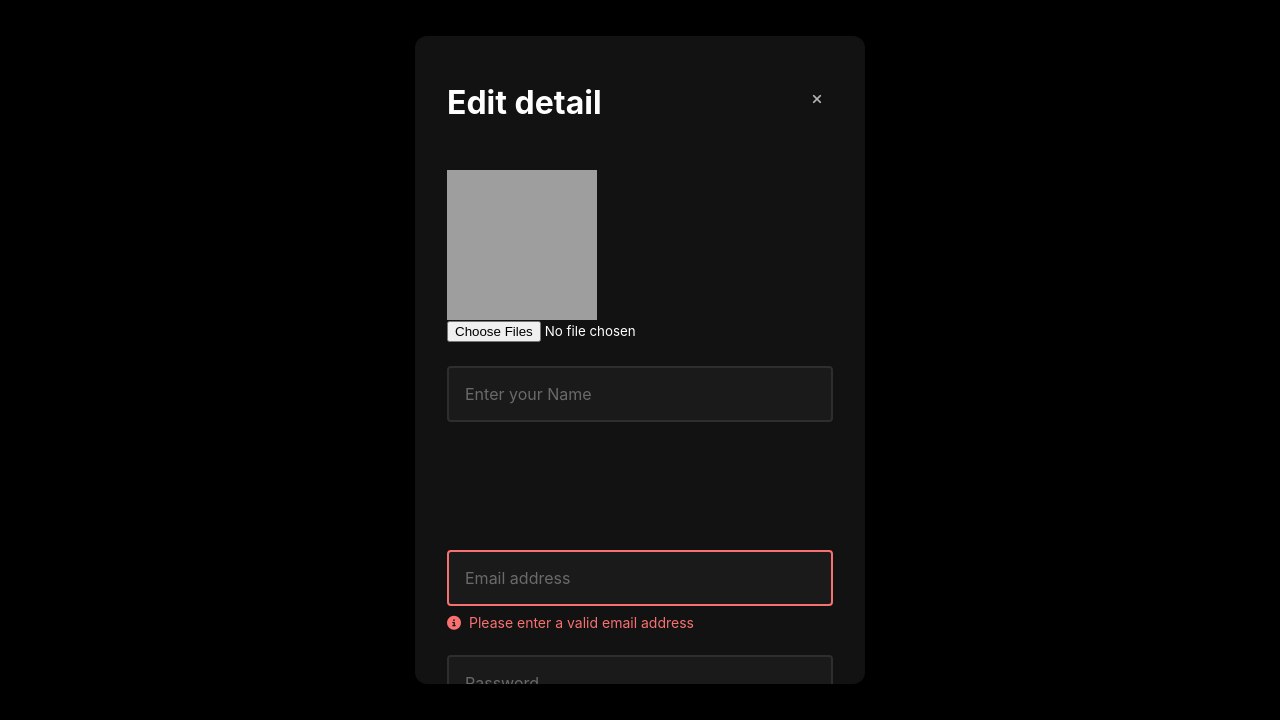
Repository: lannguyen1301/f8-zoom-module2
Page: nhap.html
These files come from the project's save history. The page is drawn as it stood at one moment and after the next save; the edit follows.
The browser window is 1280 px wide. The pictures show the whole page.
Pictures or frames that could not be fetched are drawn as grey boxes. An inner scrolling area shows only its first screen.

Above is the page before, as saved 2025-08-15 23:00:57.

After the next save:
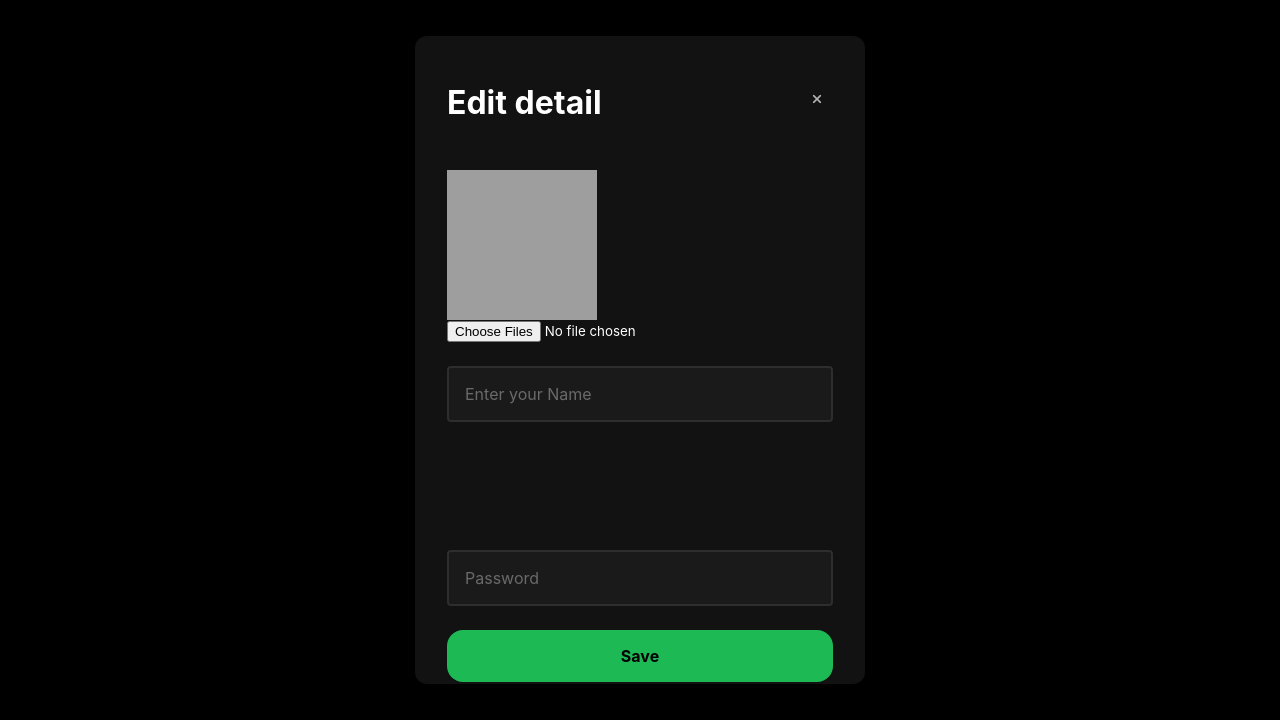
Saved 23 s later.
--- a/nhap.html
+++ b/nhap.html
@@ -113,14 +113,14 @@
                             <textarea id="content" name="content" hidden=""></textarea>
                         </div>
 
-                        <div class="form-group invalid">
+                        <!-- <div class="form-group invalid">
                             <input type="email" placeholder="Email address" class="form-input" id="signupEmail">
                             <div class="error-message">
                                 <i class="fas fa-info-circle"></i>
                                 <span>Please enter a valid email
                                     address</span>
                             </div>
-                        </div>
+                        </div> -->
 
                         <div class="form-group">
                             <input type="password" placeholder="Password" class="form-input" id="signupPassword">
